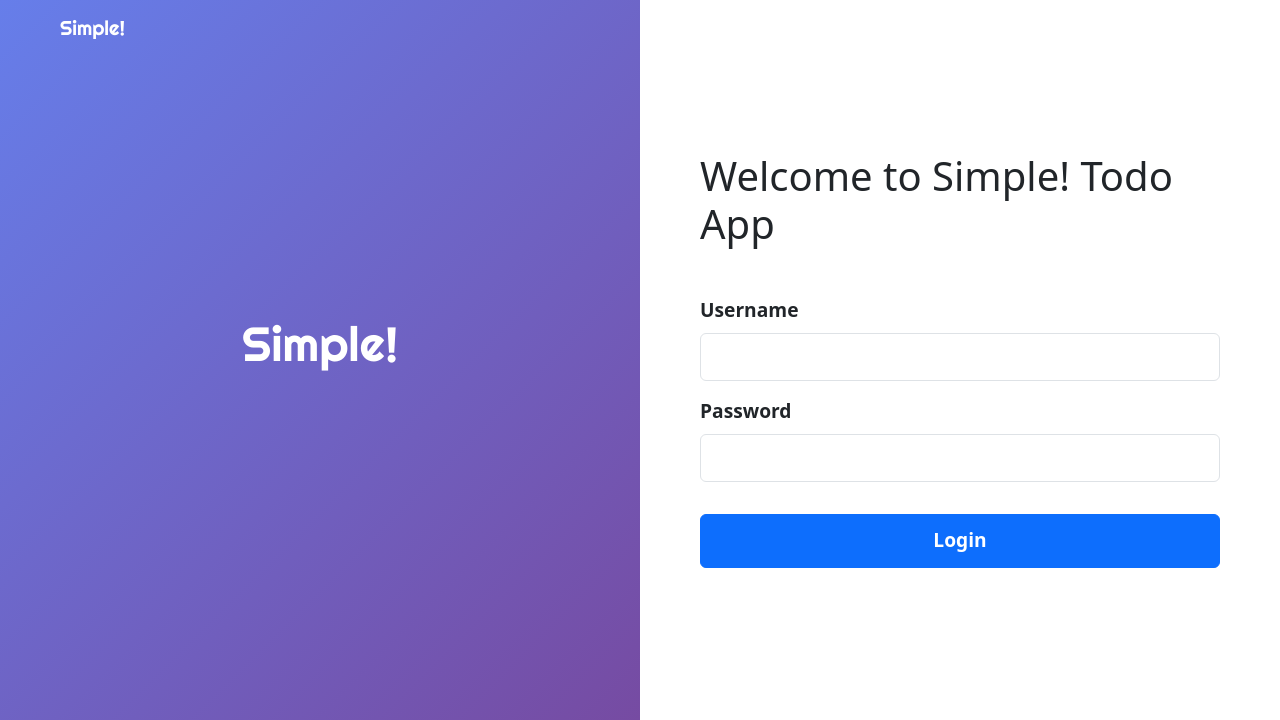
Repository: oboioz/SimpleTodoApp
Page: /todos (app in SimpleTodoAppFrontEnd/todo-app/)
An editor plug-in stored every save of this project. The page is shown before and after the next save, followed by the edit.
The browser window is 1280 px wide. The pictures show the whole page.
The project was rebuilt for these pictures with package versions that can differ from the ones it lists, and the page was loaded fresh each time.

Above is the page before, as saved 2024-04-03 21:50:25.

After the next save:
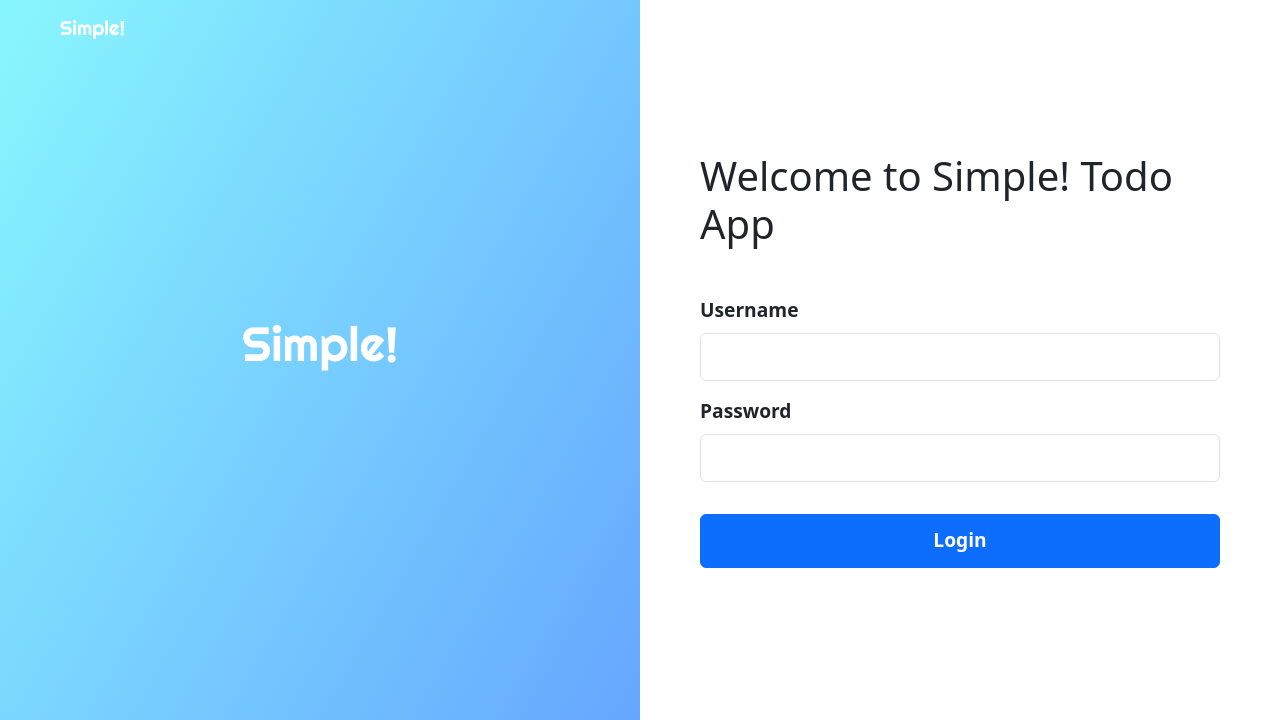
Saved 104 s later.
--- a/SimpleTodoAppFrontEnd/todo-app/src/components/todo/Login/LoginStyle.css
+++ b/SimpleTodoAppFrontEnd/todo-app/src/components/todo/Login/LoginStyle.css
@@ -23,7 +23,7 @@
 }
 
 .gradient-background {
-    background: linear-gradient(135deg, #667eea 0%, #764ba2 100%);
+    background: linear-gradient(120deg, #89f7fe 0%, #66a6ff 100%);
     height: 100%;
     display: flex;
     align-items: center;

After the save that followed:
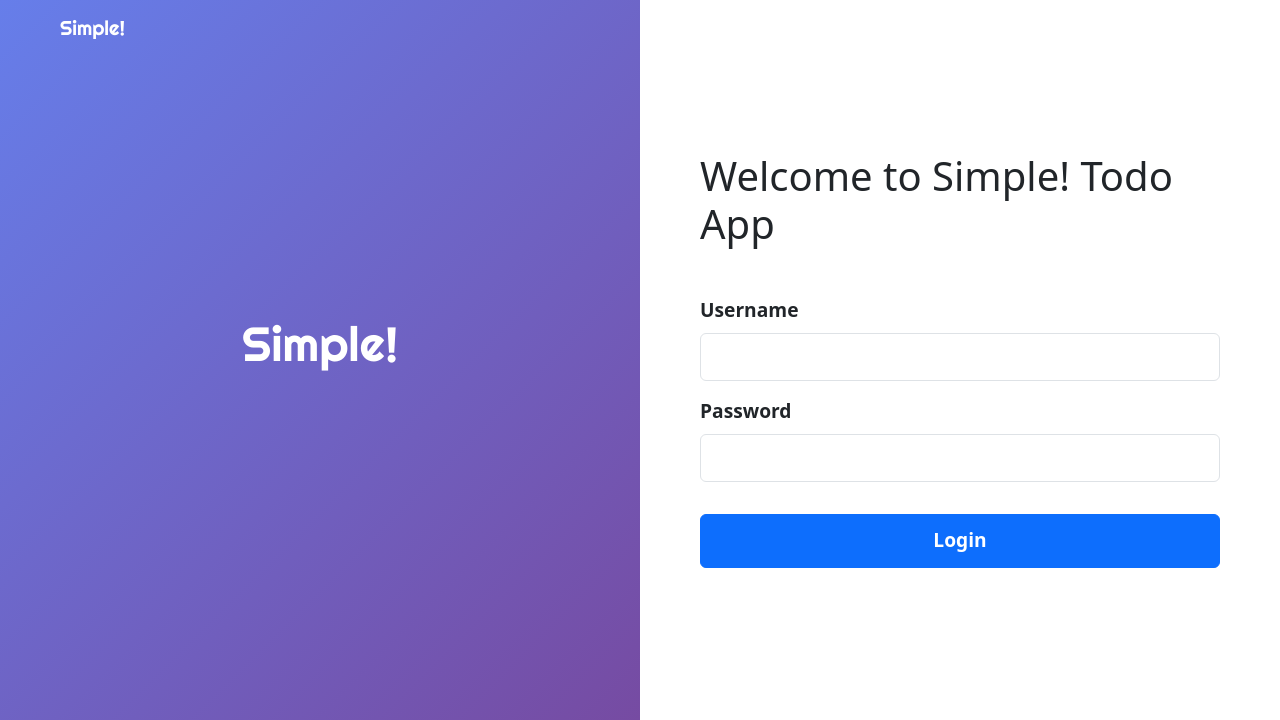
Saved 12 s later.
--- a/SimpleTodoAppFrontEnd/todo-app/src/components/todo/Login/LoginStyle.css
+++ b/SimpleTodoAppFrontEnd/todo-app/src/components/todo/Login/LoginStyle.css
@@ -23,7 +23,7 @@
 }
 
 .gradient-background {
-    background: linear-gradient(120deg, #89f7fe 0%, #66a6ff 100%);
+    background: linear-gradient(135deg, #667eea 0%, #764ba2 100%);
     height: 100%;
     display: flex;
     align-items: center;
